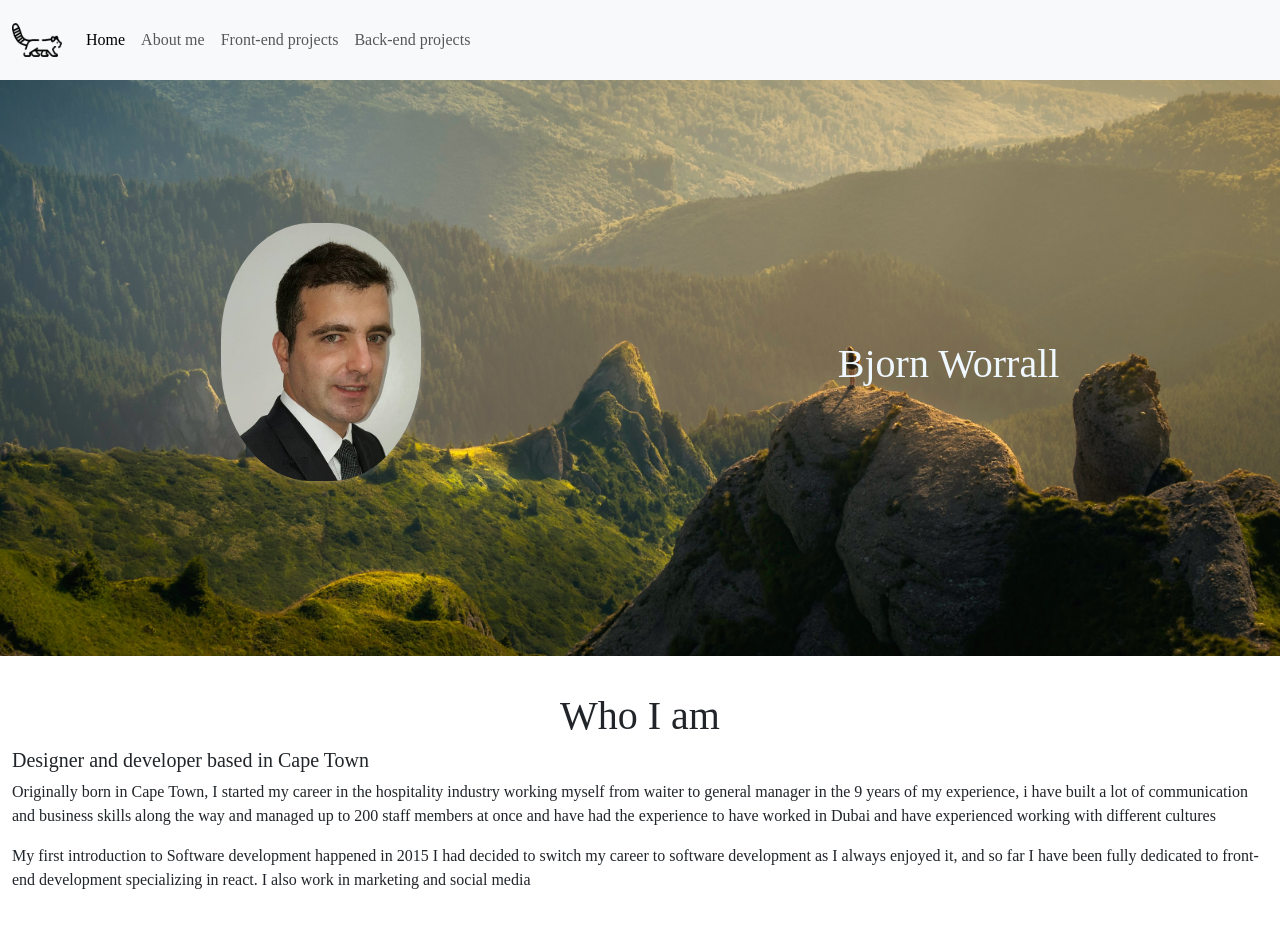
Repository: lasity34/portfolio
Page: index.html
These files come from the project's save history. The page is drawn as it stood at one moment and after the next save; the edit follows.
The browser window is 1280 px wide. The pictures show the whole page.
Backgrounds fixed to the window are drawn as part of the page. Some web fonts or font styles are not loaded; a fallback is used.

Above is the page before, as saved 2023-03-13 16:24:26.

### index.html
<!DOCTYPE html>
<html lang="en">
  <head>
    <meta charset="UTF-8" />
    <meta http-equiv="X-UA-Compatible" content="IE=edge" />
    <meta name="viewport" content="width=device-width, initial-scale=1.0" />
    <title>Bjorn Portfolio</title>
    <link rel="preconnect" href="https://fonts.googleapis.com">
<link rel="preconnect" href="https://fonts.gstatic.com" crossorigin>

    <link
      href="https://cdn.jsdelivr.net/npm/bootstrap@5.3.0-alpha1/dist/css/bootstrap.min.css"
      rel="stylesheet"
      integrity="sha384-GLhlTQ8iRABdZLl6O3oVMWSktQOp6b7In1Zl3/Jr59b6EGGoI1aFkw7cmDA6j6gD"
      crossorigin="anonymous"
    />
    <script
      src="https://cdn.jsdelivr.net/npm/bootstrap@5.3.0-alpha1/dist/js/bootstrap.bundle.min.js"
      integrity="sha384-w76AqPfDkMBDXo30jS1Sgez6pr3x5MlQ1ZAGC+nuZB+EYdgRZgiwxhTBTkF7CXvN"
      crossorigin="anonymous"
    ></script>
    <link rel="stylesheet" type="text/css" href="styles.css" />
    <link href="https://fonts.googleapis.com/css2?family=Euphoria+Script&display=swap" rel="stylesheet">
  </head>
  <body>
    <nav class="navbar navbar-expand-lg bg-body-tertiary">
      <div class="container-fluid d-flex justify-content-between">
        <a class="navbar-brand" href="#"
          ><img width="50" height="54" src="./Images/red-panda.png"
        /></a>
        <button
          class="navbar-toggler"
          type="button"
          data-bs-toggle="collapse"
          data-bs-target="#navbarNavAltMarkup"
          aria-controls="navbarNavAltMarkup"
          aria-expanded="false"
          aria-label="Toggle navigation"
        >
          <span class="navbar-toggler-icon"></span>
        </button>
        <div class="collapse navbar-collapse" id="navbarNavAltMarkup">
          <div class="navbar-nav" id="color">
            <a class="nav-link active" aria-current="page" href="#">Home</a>
            <a class="nav-link" href="#about_me">About me</a>
            <a class="nav-link" href="#">Front-end projects</a>
            <a class="nav-link">Back-end projects</a>
          </div>
        </div>
      </div>
    </nav>
    <section class="container-fluid intro_container ">
      <div class="info_container general_container">
        <img src="./Images/profile_pic.jpg" class="img-fluid" />
        <h1>Bjorn Worrall</h1>
      </div>
    </section>
    <section class="container-fluid general_container" id="about_me">
      <div>
        <h2>Who I am</h2>
        <h5>Designer and developer based in Cape Town</h5>
        <p>
          Originally born in Cape Town, I started my career in the hospitality
          industry working myself from waiter to general manager in the 9 years
          of my experience, i have built a lot of communication and business
          skills along the way and managed up to 200 staff members at once and
          have had the experience to have worked in Dubai and have experienced
          working with different cultures
        </p>
        <p>
          My first introduction to Software development happened in 2015 I had
          decided to switch my career to software development as I always
          enjoyed it, and so far I have been fully dedicated to front-end
          development specializing in react. I also work in marketing and social
          media
        </p>
      </div>
    </section>
  </body>
</html>

### styles.css
/* global */

* {
    font-family: 'Euphoria Script', cursive;
}

body, html {
  margin: 0;
}

/* nav  */





/* Intro */

.intro_container {
    background: url(./Images/profile_img.jpg) no-repeat fixed center bottom;
	background-size: cover;
    height: 80vh;
    display: flex;
    align-items: center;
    justify-content: center;
}



.info_container img {
 border-radius: 45%;
 box-shadow: 2px 2px 4px rgba(216, 207, 207, 0.2);
 width: 100px;
 margin-bottom: 2em;
}

.info_container h1 {
    color: aliceblue;
    font-size: 2.5rem;
}

.general_container {
    display: flex;
    flex-direction: column;
    align-items: center;
    width: 100%;
    height: 40vh;

}


@media (min-width: 576px) {
    .general_container {
        flex-direction: row;
        justify-content: space-around;
    }

    .info_container img {

    }
}

@media (min-width: 768px) {
    .info_container img {
        width: 150px;

    }
}

@media (min-width: 1200px) {
    .info_container img {
        width: 200px;
    }
}


/* Description */

#about_me {

}

#about_me h2 {
    text-align: center;
    font-size: 2.5rem;
}

After the next save:
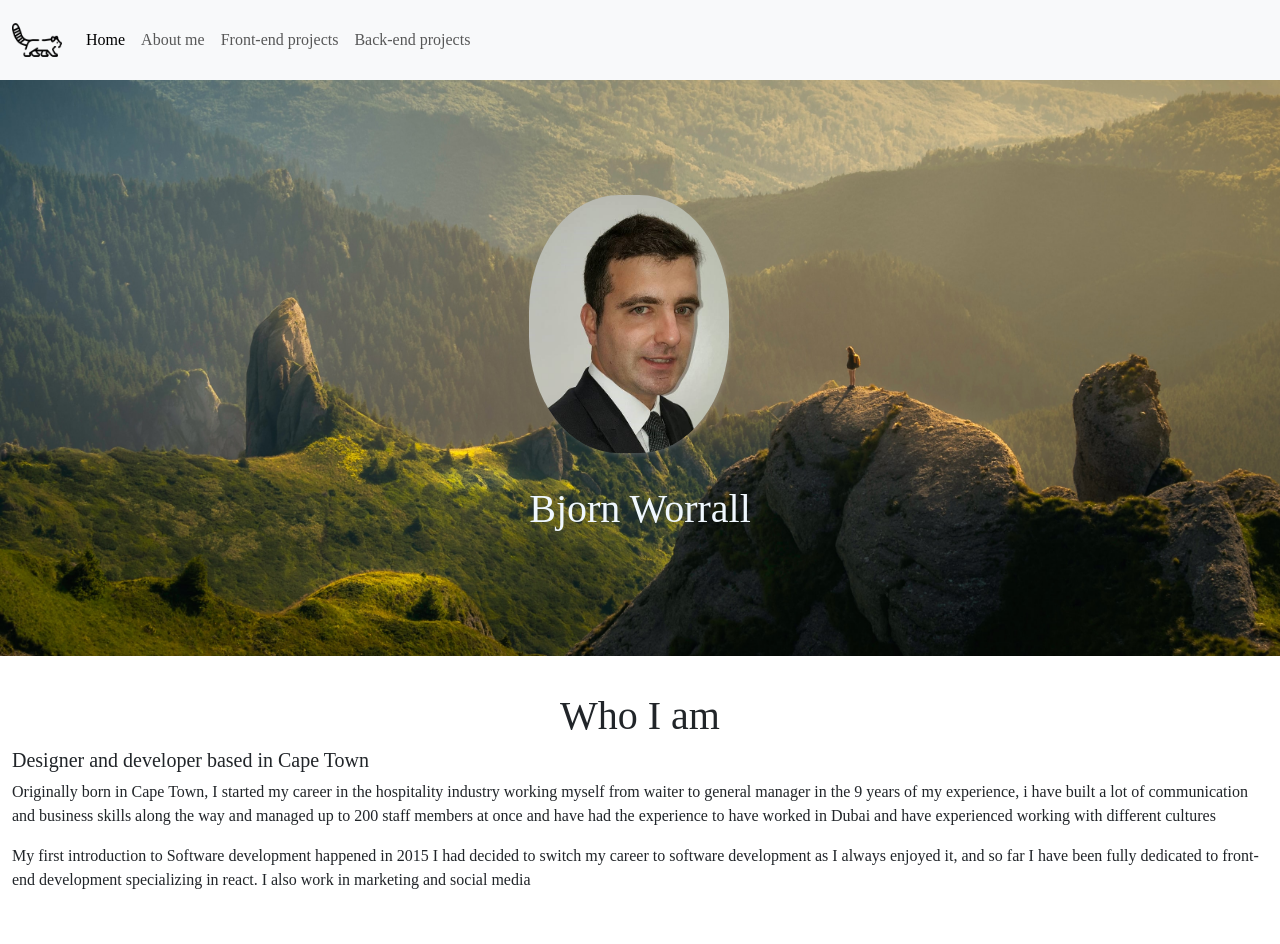
Saved 60 s later.
--- a/index.html
+++ b/index.html
@@ -50,7 +50,7 @@
       </div>
     </nav>
     <section class="container-fluid intro_container ">
-      <div class="info_container general_container">
+      <div class="info_container">
         <img src="./Images/profile_pic.jpg" class="img-fluid" />
         <h1>Bjorn Worrall</h1>
       </div>

After the save that followed:
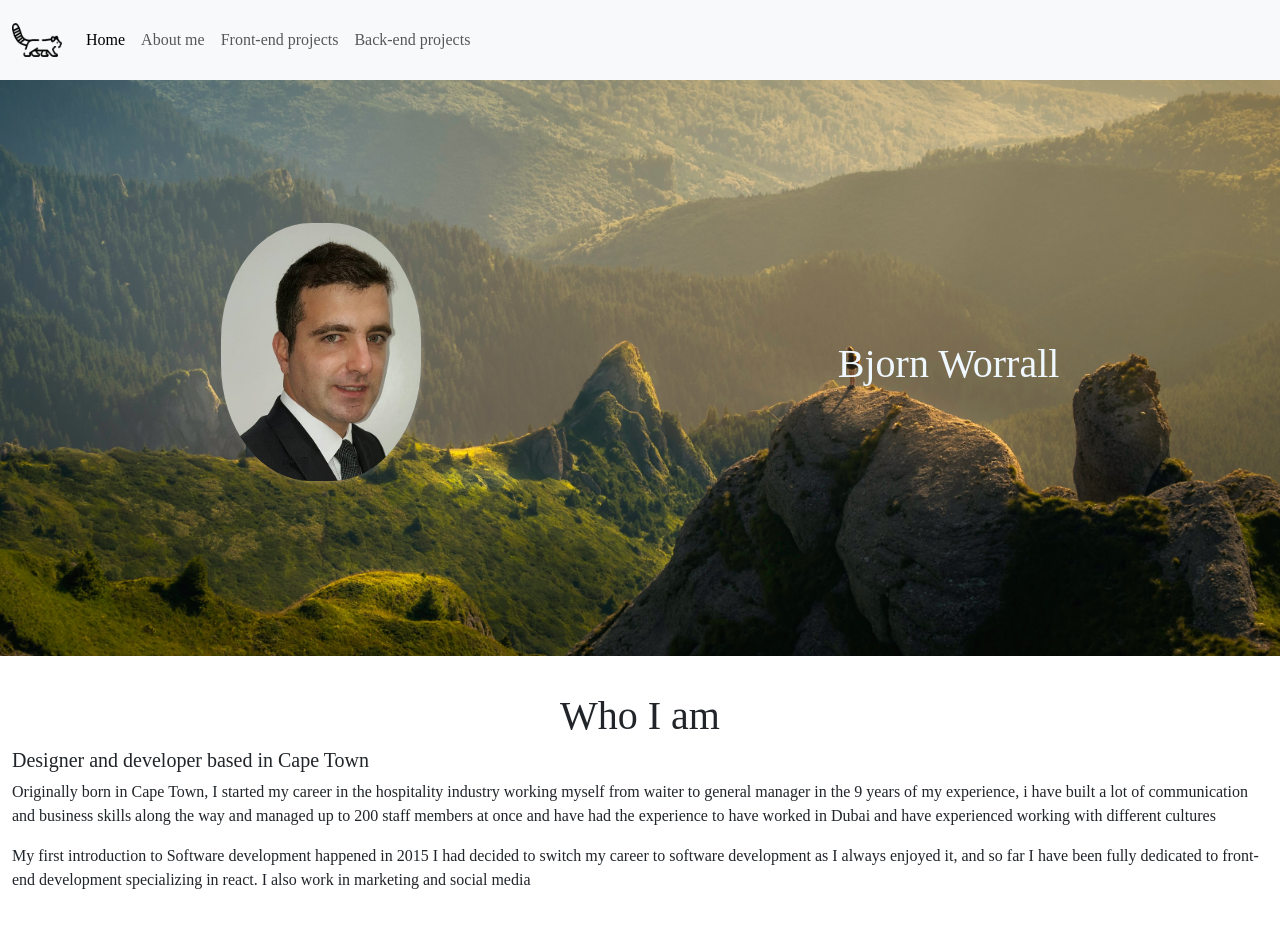
Saved 14 s later.
--- a/index.html
+++ b/index.html
@@ -50,7 +50,7 @@
       </div>
     </nav>
     <section class="container-fluid intro_container ">
-      <div class="info_container">
+      <div class="info_container general_container">
         <img src="./Images/profile_pic.jpg" class="img-fluid" />
         <h1>Bjorn Worrall</h1>
       </div>
